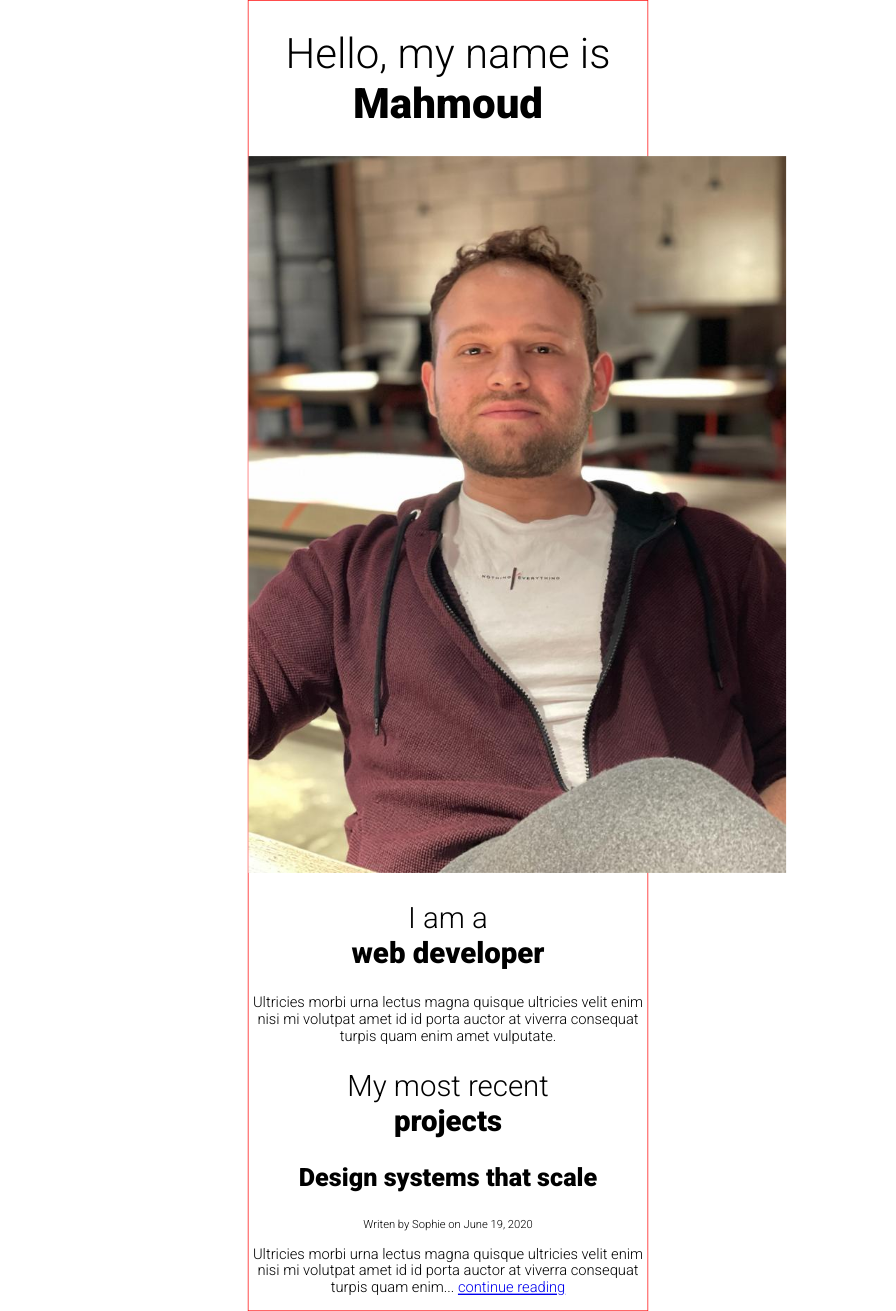
Repository: Doumham-Armah/portfolio
Page: index.html
These files come from the project's save history. The page is drawn as it stood at one moment and after the next save; the edit follows.
The browser window is 1280 px wide. The pictures show the whole page, at 70% of full size.

Above is the page before, as saved 2021-08-17 12:06:40.

### index.html
<!DOCTYPE html>
<html>
  <head>
    <title>HTML & CSS Fundamentals | Challenges</title>
    <link rel="preconnect" href="https://fonts.googleapis.com" />
    <link rel="preconnect" href="https://fonts.gstatic.com" crossorigin />
    <link
      href="https://fonts.googleapis.com/css2?family=Roboto:wght@300;900&display=swap"
      rel="stylesheet"
    />
    <link href="./style.css" rel="stylesheet" />
  </head>

  <body>
    <div class="container">
      <header>
        <h1>Hello, my name is <span>Mahmoud</span></h1>
        <img src="./images/photo.jpeg" alt="image of me" />
      </header>

      <section class="about-me">
        <h2>I am a <span>web developer</span></h2>
        <p>
          Ultricies morbi urna lectus magna quisque ultricies velit enim nisi mi
          volutpat amet id id porta auctor at viverra consequat turpis quam enim
          amet vulputate.
        </p>
      </section>

      <section class="projects">
        <h2>My most recent <span>projects</span></h2>
        <article>
          <h3>Design systems that scale</h3>
          <p class="small-text">Writen by Sophie on June 19, 2020</p>
          <p>
            Ultricies morbi urna lectus magna quisque ultricies velit enim nisi
            mi volutpat amet id id porta auctor at viverra consequat turpis quam
            enim... <a href="#">continue reading</a>
          </p>
        </article>
      </section>
    </div>
  </body>
</html>

### style.css
body {
  margin: 0;
  font-size: 1.3125rem;
}

h1,
h2 {
  font-weight: 300;
}

h1 {
  font-size: 3.75rem;
}

h2 {
  font-size: 2.625rem;
}

h3 {
  font-size: 2.25rem;
}

.small-text {
  font-size: 16px;
}

h1 span,
h2 span {
  font-weight: 900;
  display: block;
}

.container {
  width: 570px;
  margin: 0 auto;
  border: 1px solid red;
  text-align: center;
  font-family: "Roboto", sans-serif;
}

After the next save:
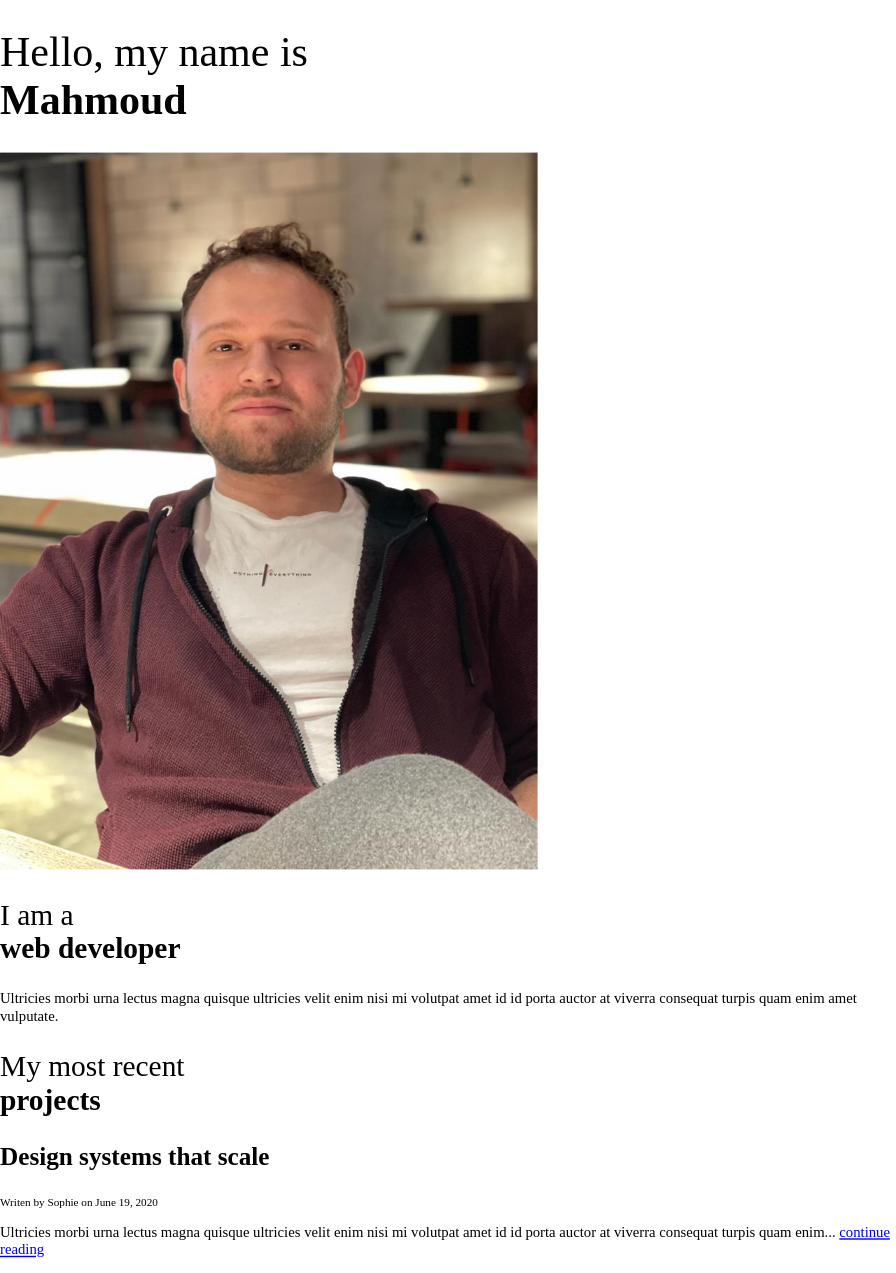
Saved 4 min 25 s later.
--- a/index.html
+++ b/index.html
@@ -12,33 +12,33 @@
   </head>
 
   <body>
-    <div class="container">
-      <header>
+    <header>
+      <div>
         <h1>Hello, my name is <span>Mahmoud</span></h1>
         <img src="./images/photo.jpeg" alt="image of me" />
-      </header>
+      </div>
+    </header>
 
-      <section class="about-me">
-        <h2>I am a <span>web developer</span></h2>
+    <section class="about-me">
+      <h2>I am a <span>web developer</span></h2>
+      <p>
+        Ultricies morbi urna lectus magna quisque ultricies velit enim nisi mi
+        volutpat amet id id porta auctor at viverra consequat turpis quam enim
+        amet vulputate.
+      </p>
+    </section>
+
+    <section class="projects">
+      <h2>My most recent <span>projects</span></h2>
+      <article>
+        <h3>Design systems that scale</h3>
+        <p class="small-text">Writen by Sophie on June 19, 2020</p>
         <p>
           Ultricies morbi urna lectus magna quisque ultricies velit enim nisi mi
-          volutpat amet id id porta auctor at viverra consequat turpis quam enim
-          amet vulputate.
+          volutpat amet id id porta auctor at viverra consequat turpis quam
+          enim... <a href="#">continue reading</a>
         </p>
-      </section>
-
-      <section class="projects">
-        <h2>My most recent <span>projects</span></h2>
-        <article>
-          <h3>Design systems that scale</h3>
-          <p class="small-text">Writen by Sophie on June 19, 2020</p>
-          <p>
-            Ultricies morbi urna lectus magna quisque ultricies velit enim nisi
-            mi volutpat amet id id porta auctor at viverra consequat turpis quam
-            enim... <a href="#">continue reading</a>
-          </p>
-        </article>
-      </section>
-    </div>
+      </article>
+    </section>
   </body>
 </html>
